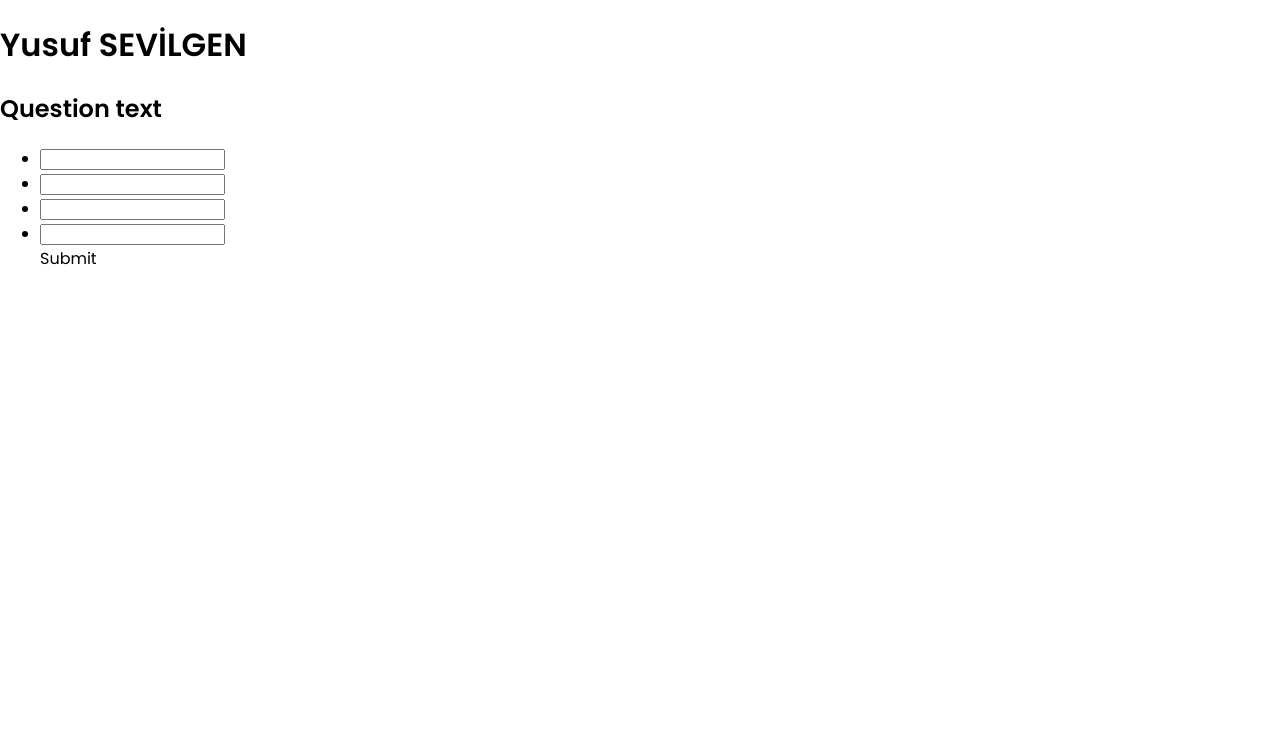
Repository: sevilgenysf/javascript-two
Page: index.html
These files come from the project's save history. The page is drawn as it stood at one moment and after the next save; the edit follows.
The browser window is 1280 px wide. The pictures show the whole page.

Above is the page before, as saved 2022-02-24 15:57:56.
Console error: SyntaxError: Unexpected token '{'

After the next save:
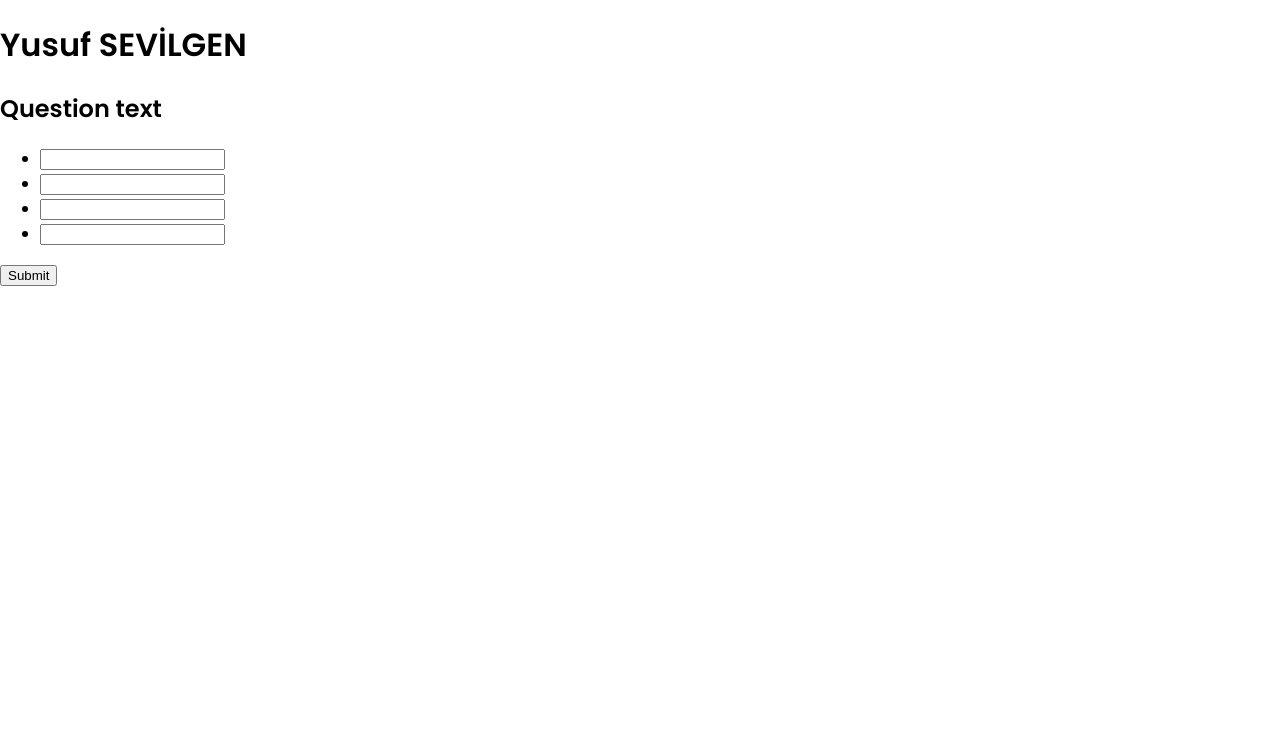
Saved 14 s later.
--- a/index.html
+++ b/index.html
@@ -20,7 +20,8 @@
 				<li><input type="text"><label></label></li>
 				<li><input type="text"><label></label></li>
 				<li><input type="text"><label></label></li>
-				</ull <button>Submit</button>
+			</ul>
+			<button>Submit</button>
 		</div>
 	</div>
 </body>
